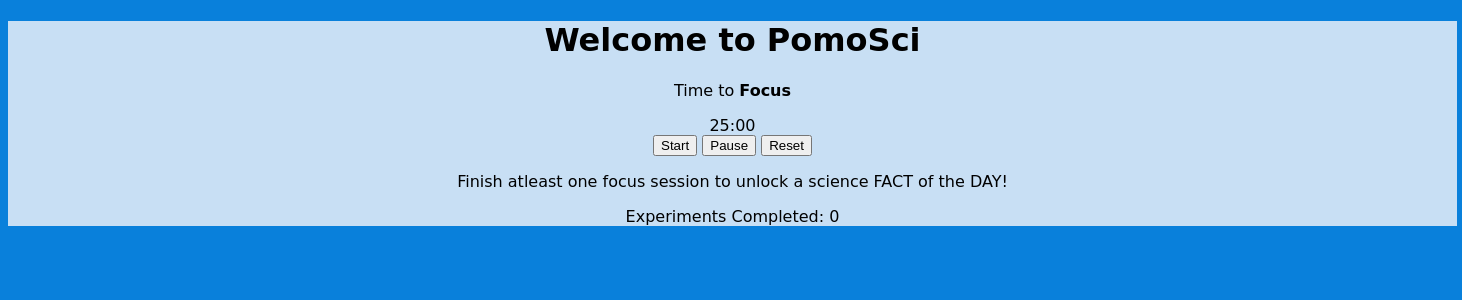
Repository: manayparikh1/Pomosci
Page: index.html
An editor plug-in stored every save of this project. The page is shown before and after the next save, followed by the edit.
The browser window is 1280 px wide. The page is 1457 px wide, then 1462 px, so the pictures cover 1462 px, including what lies to the right of the window. The pictures show the whole page.

Above is the page before, as saved 2026-11-13 13:14:18.

### index.html
<!DOCTYPE html>
<html lang="en">

<head>
    <meta charset="UTF-8">
    <meta name="viewport" content="width=device-width, initial-scale=1.0">
    <title><strong>PomoSci</strong></title>

    <head>

    <body>
        <!-- ======== HTML ======== -->
        <div class="lab_sci">
            <h1>Welcome to PomoSci</h1>
            <p id="mode">Time to <strong>Focus</strong></p>

            <div class="beaker is paused" id="beaker">
                <div id="liquid">
                    <span class="bubble"></span>
                    <span class="bubble"></span>
                    <span class="bubble"></span>
                    <span class="bubble"></span>
                </div>
            </div>
            <div id="time">25:00</div>
            <button onclick="start()">Start</button>
            <button onclick="pause()">Pause</button>
            <button onclick="reset()">Reset</button>

            <p id="fact">Finish atleast one focus session to unlock a science FACT of the DAY!</p>
            <p id="count">Experiments Completed: 0</p>

            <!-- ====Css--===-->

            <style>
                body {
                    font-family: Comic Sans MS, Comic Sans, cursive;
                    background-color: rgb(9, 128, 219);
                    text-align: center;
                }

                .lab_sci {
                    background-color: rgb(200, 223, 244);
                    width: 1449px;
                }

After the next save:
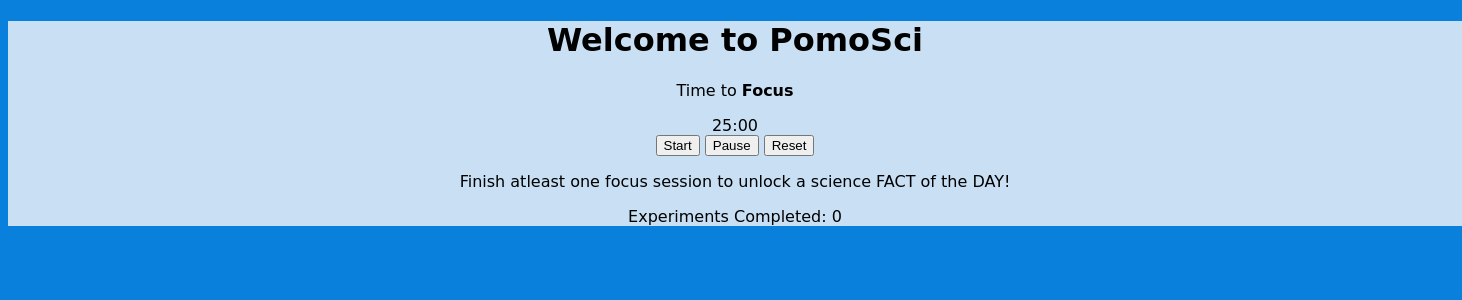
Saved 9 s later.
--- a/index.html
+++ b/index.html
@@ -41,5 +41,5 @@
 
                 .lab_sci {
                     background-color: rgb(200, 223, 244);
-                    width: 1449px;
+                    width: 1454px;
                 }
